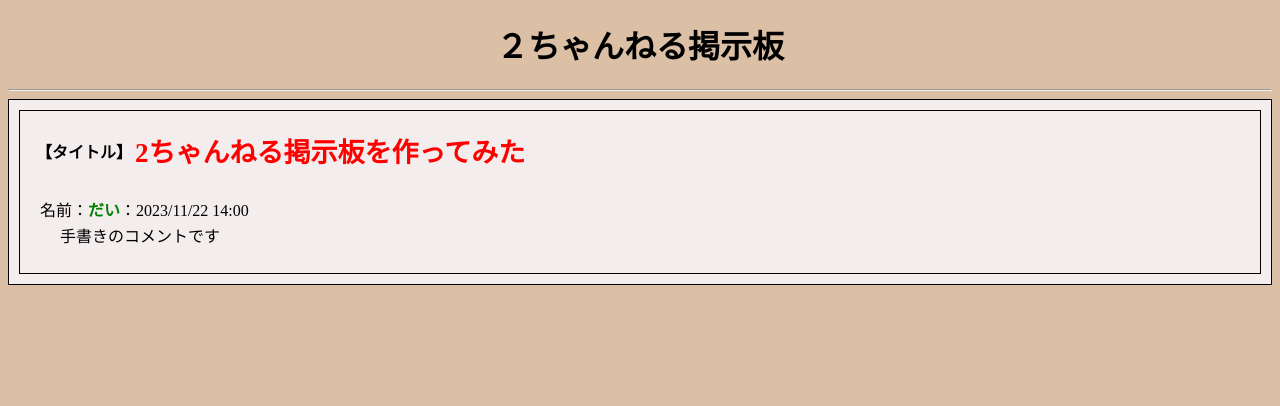
Repository: daidai0602/mba_portal
Page: http://localhost/
These files come from the project's save history. The page is drawn as it stood at one moment and after the next save; the edit follows.
The browser window is 1280 px wide. The pictures show the whole page.
The page is run by PHP 8.4 with error messages shown; the project is at /var/www/html/.

Above is the page before, as saved 2023-11-22 14:55:51.

### index.php
<!DOCTYPE html>
<html lang="ja">

<head>
  <meta charset="UTF-8">
  <meta name="viewport" content="width=device-width, initial-scale=1.0">
  <title>2ちゃんねる掲示板</title>
  <link rel="stylesheet" href="./assets/css/style.css">
</head>

<body>
  <header>
    <h1 class = "title">２ちゃんねる掲示板</h1>
    <hr>
  </header>

  <!--スレッドエリア-->
  <div class="threadWrapper">
    <div class="childWrapper">
      <div class= "threadTitle">
        <span>【タイトル】</span>
        <h1>2ちゃんねる掲示板を作ってみた</h1>
      </div>
      <section>
        <article>
          <div class="wrapper">
            <div class="nameArea">
              <span>名前：</span>
              <p class="username">だい</p>
              <time?>：2023/11/22 14:00</time>
            </div>
            <p class="comment">手書きのコメントです</p>

          </div>
        </article>
      </section>
    </div>
  </div>


</body>
</html>

### assets/css/style.css
body {
  background-color: #dcc0a6;
}
.title {
  text-align: center;
  font-style: 34px;
}
.threadWrapper {
  background-color: #f3eded;
  padding: 10px;
  max-width: 1300px;
  margin: 0px auto;
  border: 1px solid black;
  margin-bottom: 20px;
}
.childWrapper {
  border: 1px solid black;
  padding: 10px;
}
.threadTitle {
  display: flex;
  align-items: center;
  font-weight: 600;
  margin-left: 6px;
  height: 60px;
}
.threadTitle h1{
  color: red;
  margin-left: 3px;
  font-size: 27px;
}
section {
  padding: 0 10px;
}
section .nameArea {
  display: flex;
  align-items: center;
  margin-bottom: -14px;
}

section .username {
  color: green;
  font-weight: 700;
}

section .comment {
  margin-top: 0;
  margin-left:20px;
}

After the next save:
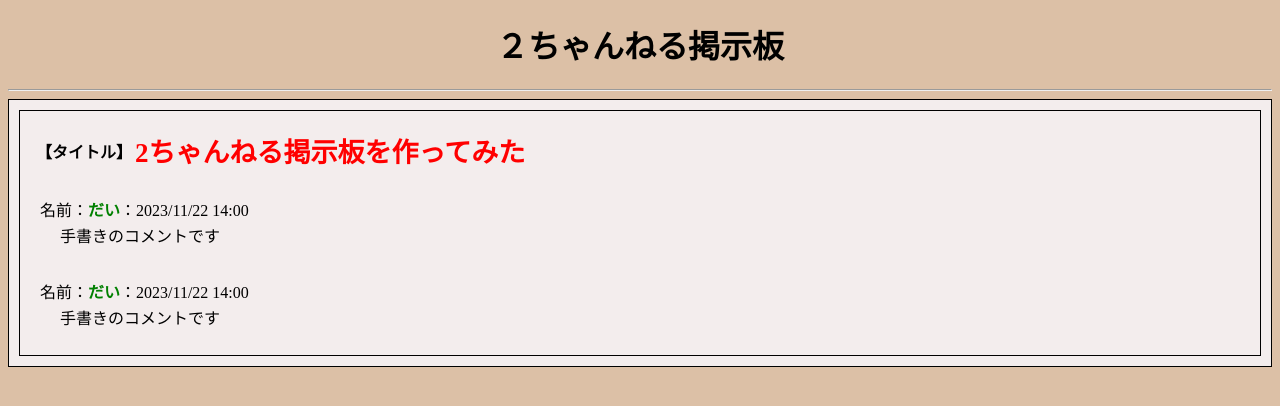
Saved 4 s later.
--- a/index.php
+++ b/index.php
@@ -33,6 +33,17 @@
 
           </div>
         </article>
+        <article>
+          <div class="wrapper">
+            <div class="nameArea">
+              <span>名前：</span>
+              <p class="username">だい</p>
+              <time?>：2023/11/22 14:00</time>
+            </div>
+            <p class="comment">手書きのコメントです</p>
+
+          </div>
+        </article>
       </section>
     </div>
   </div>

After the save that followed:
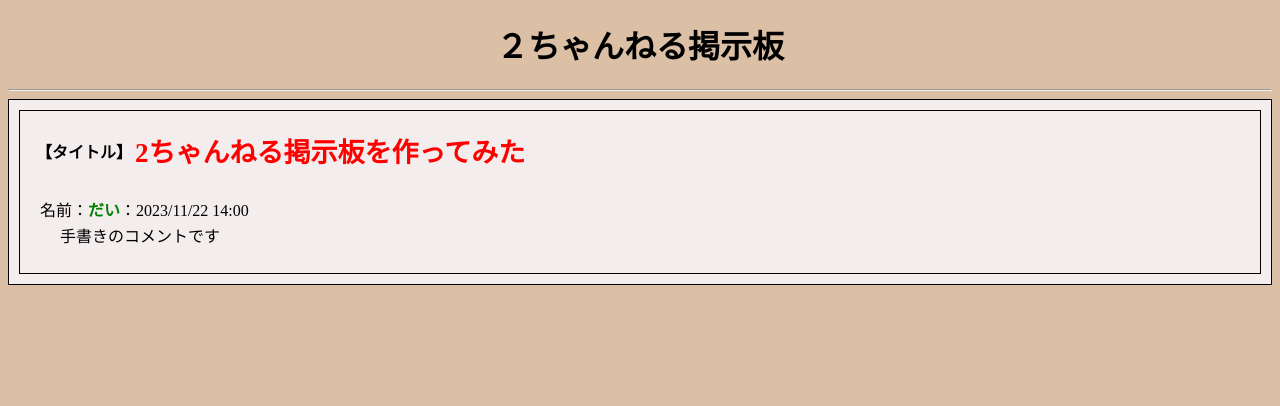
Saved 16 s later.
--- a/index.php
+++ b/index.php
@@ -33,17 +33,7 @@
 
           </div>
         </article>
-        <article>
-          <div class="wrapper">
-            <div class="nameArea">
-              <span>名前：</span>
-              <p class="username">だい</p>
-              <time?>：2023/11/22 14:00</time>
-            </div>
-            <p class="comment">手書きのコメントです</p>
 
-          </div>
-        </article>
       </section>
     </div>
   </div>
